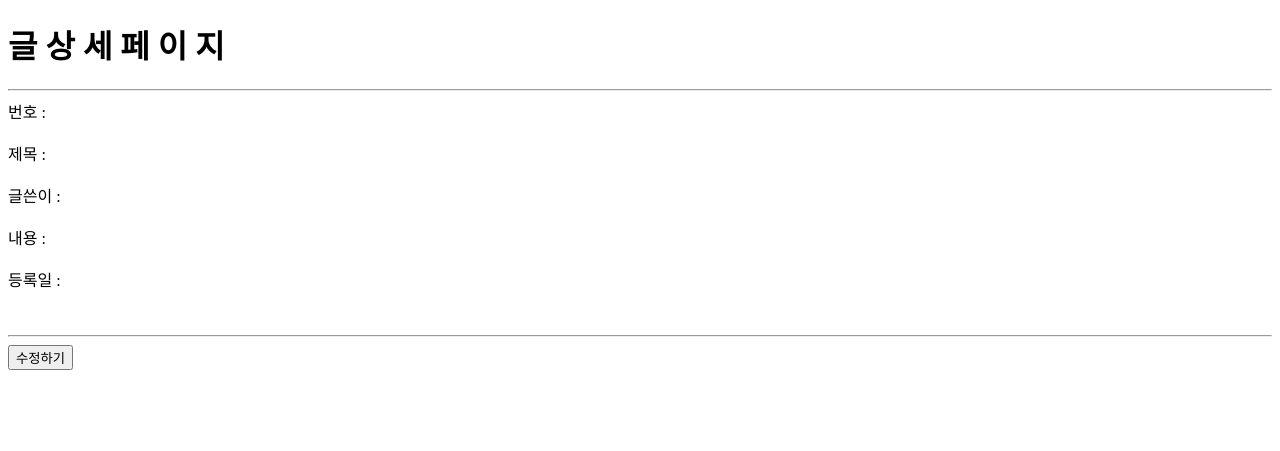
Repository: bbqju13/jsp0602
Page: http://localhost/jsp_project/board/detail.jsp
An editor plug-in stored every save of this project. The page is shown before and after the next save, followed by the edit.
The browser window is 1280 px wide. The pictures show the whole page.
The page is served by Tomcat 9. Other server files are loaded and not shown. The template is opened directly, without the code that normally fills it, so the values that code supplies are empty.

Above is the page before, as saved 2023-05-19 01:09:26.

### jsp_project2/jsp_project/src/main/webapp/board/detail.jsp
<%@ page language="java" contentType="text/html; charset=UTF-8"
    pageEncoding="UTF-8"%>
<!DOCTYPE html>
<html>
<head>
<meta charset="UTF-8">
<title>글상세 페이지</title>
<script
	src="https://cdn.jsdelivr.net/npm/bootstrap@5.2.3/dist/js/bootstrap.bundle.min.js"
	integrity="sha384-kenU1KFdBIe4zVF0s0G1M5b4hcpxyD9F7jL+jjXkk+Q2h455rYXK/7HAuoJl+0I4"
	crossorigin="anonymous"></script>
</head>
<body>
	<h1>글 상 세 페 이 지</h1>
	<hr>
	번호 : ${bvo.bno } <br> <br>
	제목 : ${bvo.title } <br> <br>
	글쓴이 : ${bvo.writer } <br> <br>
	내용 : ${bvo.content } <br> <br>
	등록일 : ${bvo.reg_date } <br> <br>
	<br> <hr>
	 <a href="/brd/modify?bno=${bvo.bno }"> <button type="button">수정하기</button> </a>

	 <br> <br>

	 <table class="table table-striped">

	 </table>
</body>
</html>

After the next save:
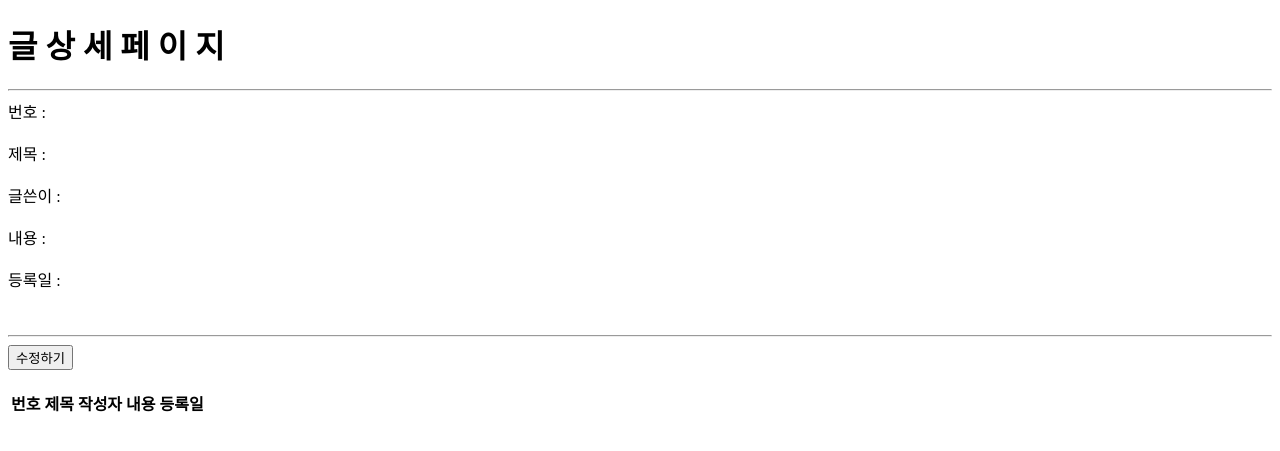
Saved 8 min 50 s later.
--- a/jsp_project2/jsp_project/src/main/webapp/board/detail.jsp
+++ b/jsp_project2/jsp_project/src/main/webapp/board/detail.jsp
@@ -24,7 +24,13 @@
 	 <br> <br>
 
 	 <table class="table table-striped">
-
+	 	<tr>
+	 		<th>번호</th>
+	 		<th>제목</th>
+	 		<th>작성자</th>
+	 		<th>내용</th>
+	 		<th>등록일</th>
+	 	</tr>
 	 </table>
 </body>
 </html>
